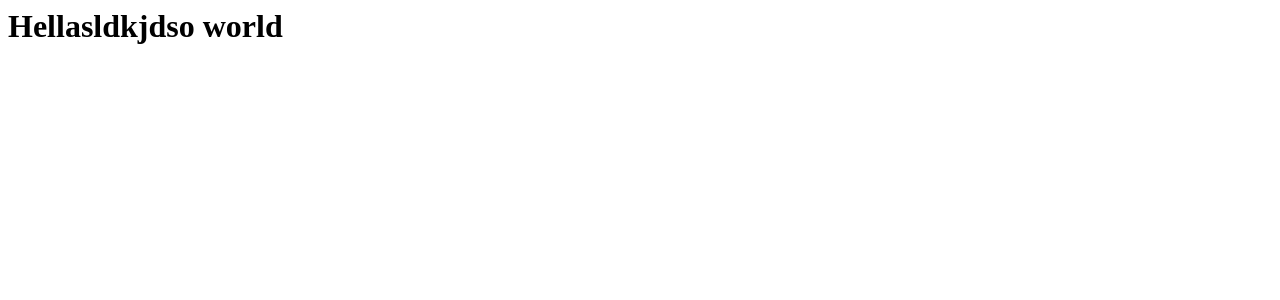
Repository: nickarocho/elliot
Page: elliot.html
The author's editor kept a copy of each file at every save. The page is drawn from the files as they stood at one save, then again after the next save.
The browser window is 1280 px wide. The pictures show the whole page.

Above is the page before, as saved 2020-06-30 14:53:20.

After the next save:
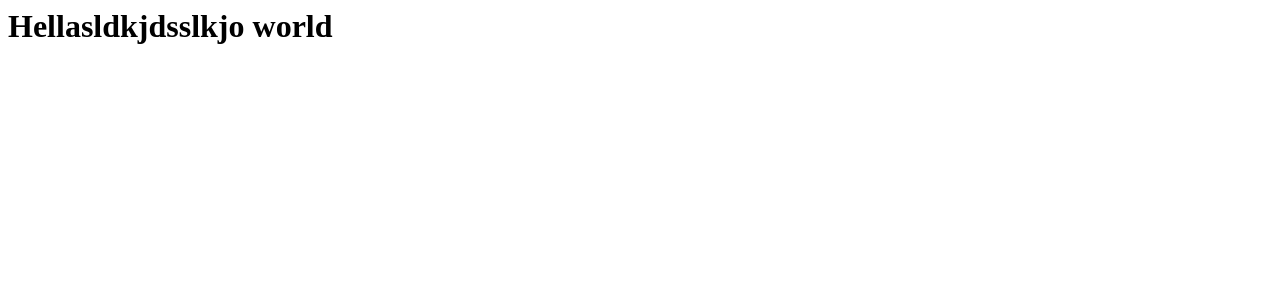
Saved 11 s later.
--- a/elliot.html
+++ b/elliot.html
@@ -1 +1 @@
-<h1>Hellasldkjdso world</h1>
+<h1>Hellasldkjdsslkjo world</h1>
